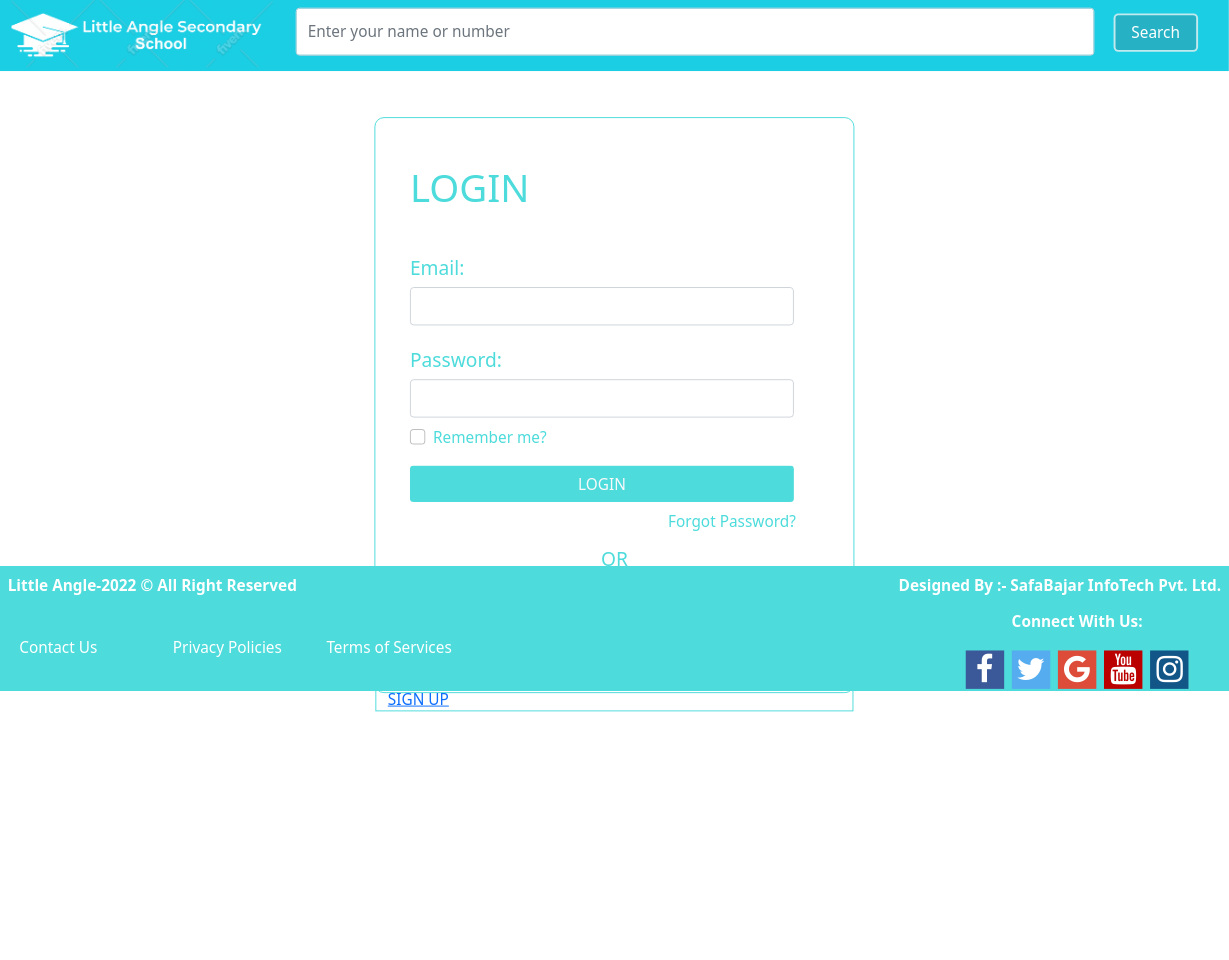
Repository: Sjuicyy/School-Project
Page: login.html
The author's editor kept a copy of each file at every save. The page is drawn from the files as they stood at one save, then again after a run of saves.
The browser window is 1280 px wide. The pictures show the whole page, at 96% of full size.

Above is the page before, as saved 2022-09-17 13:34:36.

After the next 3 saves:
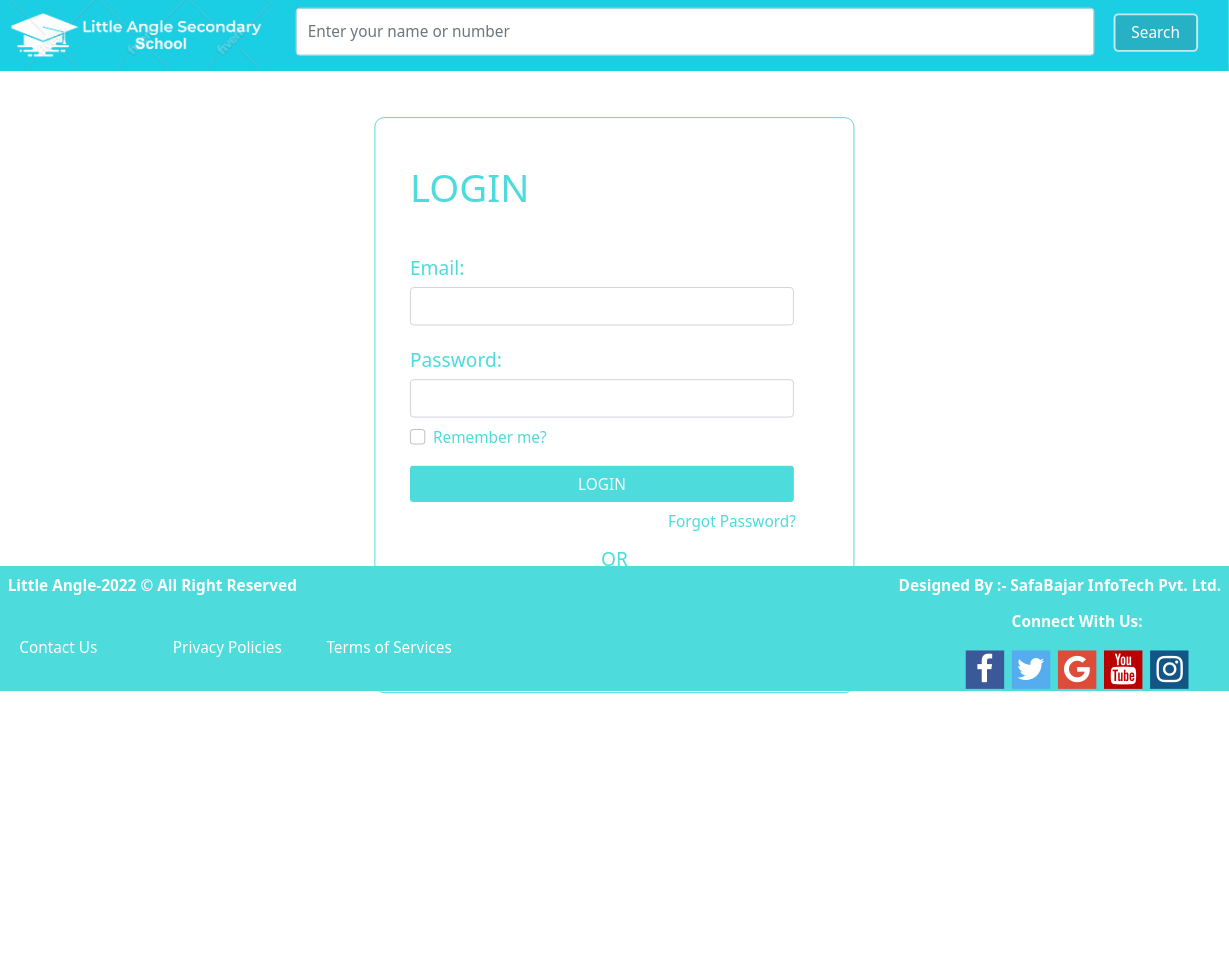
The 3 saves are shown as one change because they came seconds apart.
The last was saved 13 s later.
--- a/login.html
+++ b/login.html
@@ -199,8 +199,9 @@
         </div>
 
         <div class="row bd">
-            <col>
-            Need an account? <a href=""> SIGN UP</a>
+            <div class="col">
+                Need an account? <a href=""> SIGN UP</a>
+            </div>
         </div>
 
 
